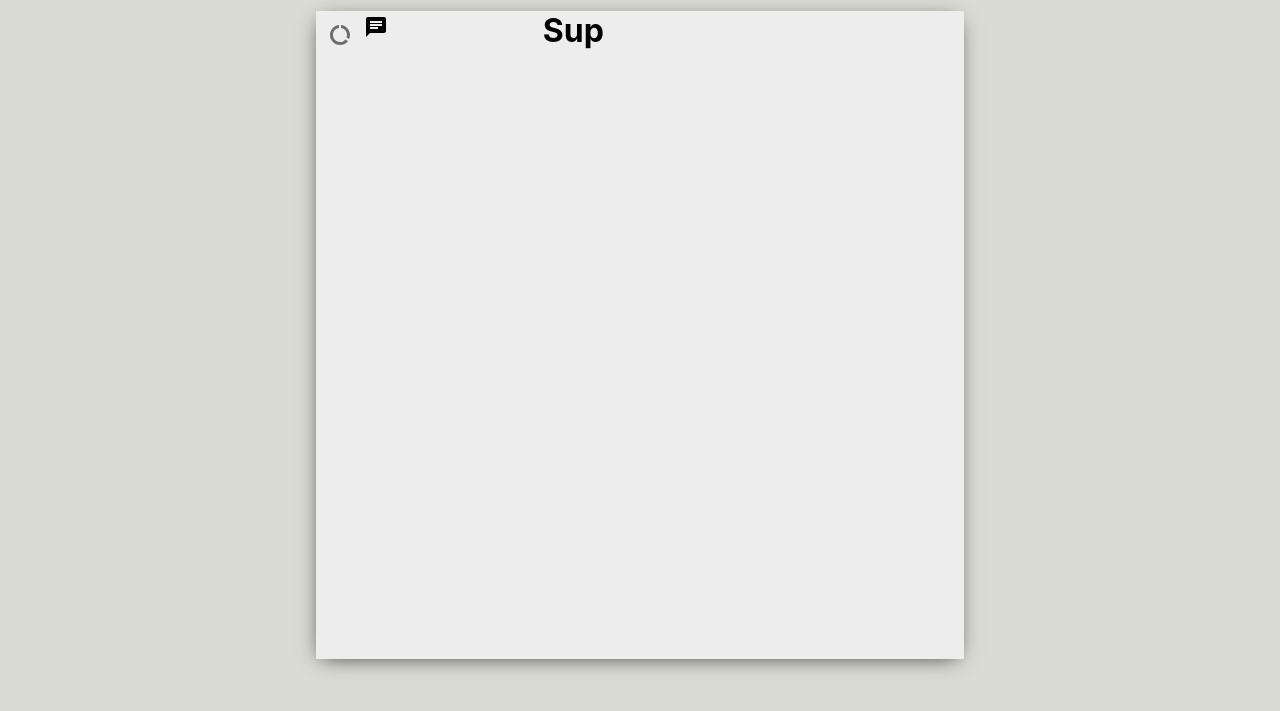
Repository: SayedJamil/WhatsappClone
Page: /
These files come from the project's save history. The page is drawn as it stood at one moment and after a run of saves; the edit follows.
The browser window is 1280 px wide. The pictures show the whole page.
The project was rebuilt for these pictures with package versions that can differ from the ones it lists, and the page was loaded fresh each time.

Above is the page before, as saved 2021-06-22 22:54:55.

After the next 6 saves:
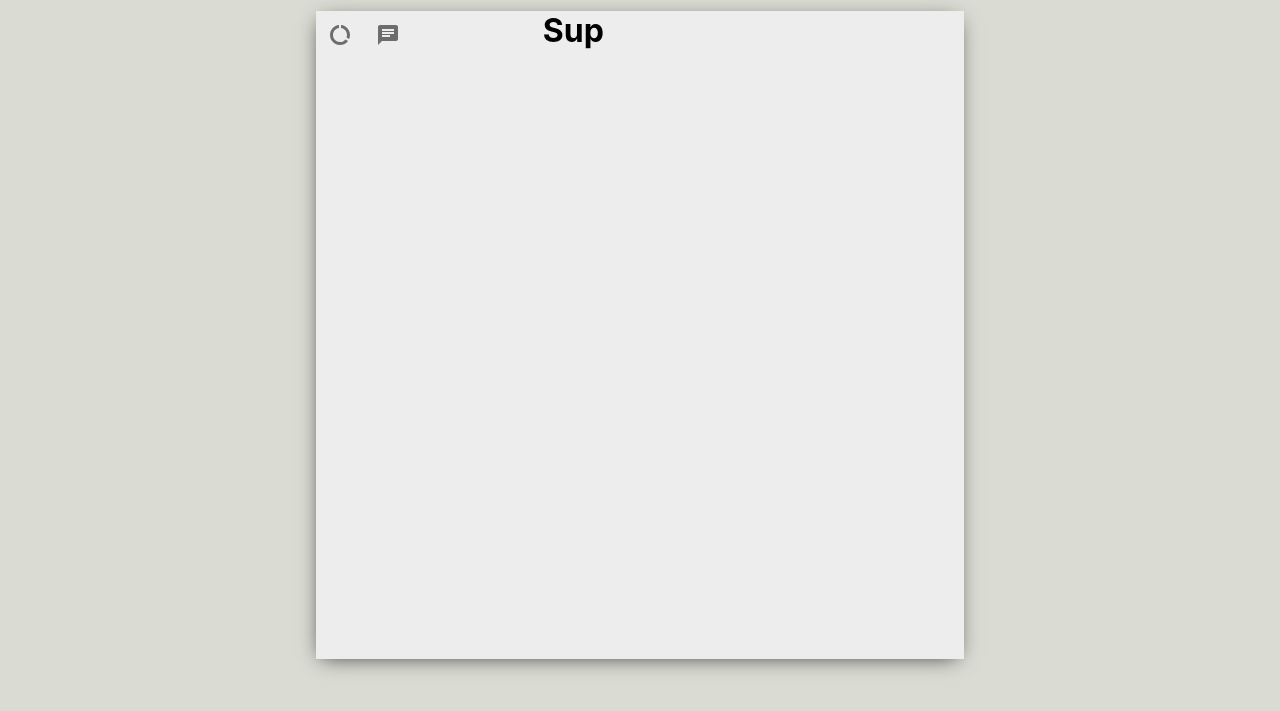
The 6 saves are shown as one change because they came seconds apart.
The last was saved 16 s later.
--- a/src/Sidebar.js
+++ b/src/Sidebar.js
@@ -12,7 +12,10 @@ function Sidebar() {
                     <IconButton>
                         <DataUsageIcon />
                     </IconButton>
-                    <ChatIcon />
+                    <IconButton>
+                        <ChatIcon />
+                    </IconButton>
+
 
                 </div>
             </div>
